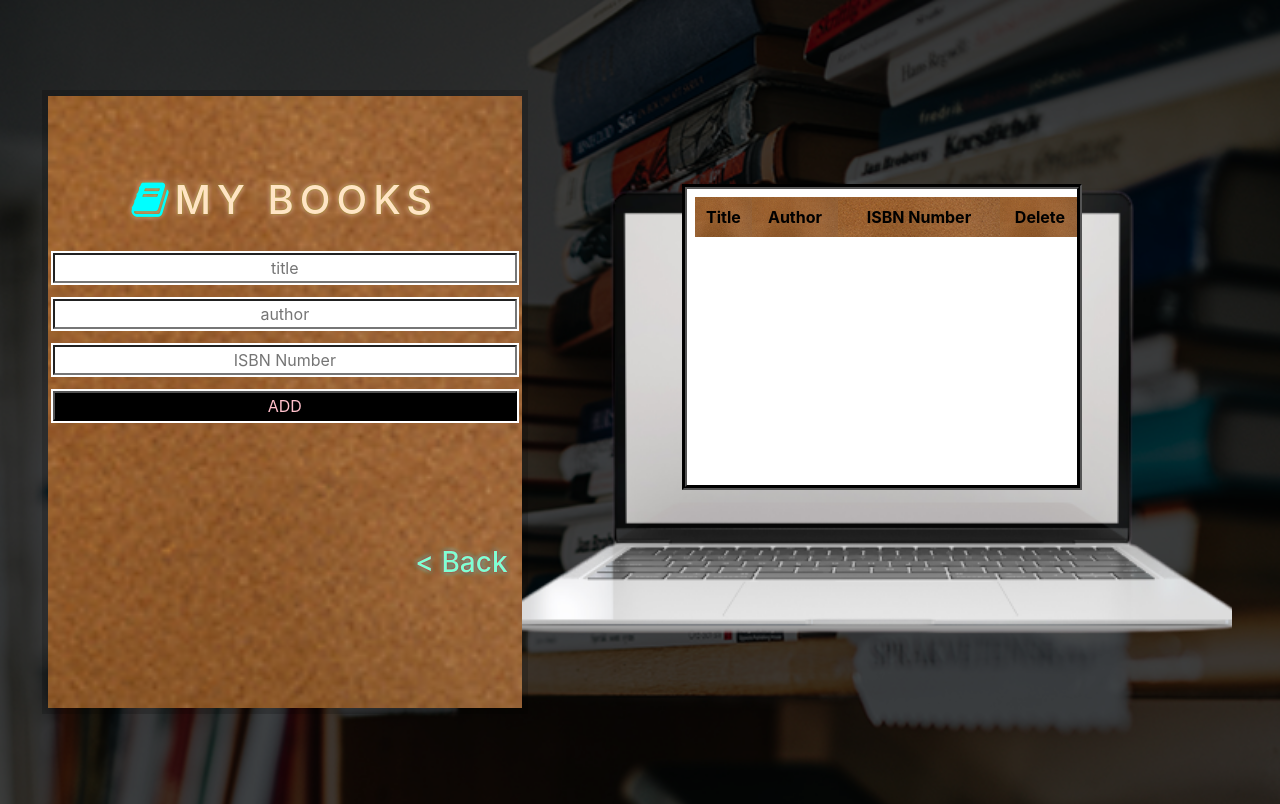
Repository: CSituma/Home-Library-App
Page: libu.html
An editor plug-in stored every save of this project. The page is shown before and after the next save, followed by the edit.
The browser window is 1280 px wide. The pictures show the whole page.
Backgrounds fixed to the window are drawn as part of the page. Some web libraries are served in a nearby version.

Above is the page before, as saved 2020-11-10 21:27:19.

### libu.html
<!DOCTYPE html>
<html lang="en">
<head>
    <meta charset="UTF-8">
    <meta name="viewport" content="width=device-width, initial-scale=1.0">
    <meta http-equiv="X-UA-Compatible" content="ie=edge">
    <link rel="stylesheet" href="style.css">
    <link rel="stylesheet" href="https://cdnjs.cloudflare.com/ajax/libs/font-awesome/4.7.0/css/font-awesome.min.css"/>
<link rel="stylesheet" href="https://stackpath.bootstrapcdn.com/bootstrap/4.5.0/css/bootstrap.min.css" integrity="sha384-9aIt2nRpC12Uk9gS9baDl411NQApFmC26EwAOH8WgZl5MYYxFfc+NcPb1dKGj7Sk" crossorigin="anonymous"/>
<link rel="stylesheet" href="https://cdnjs.cloudflare.com/ajax/libs/animate.css/4.0.0/animate.min.css"/>
  <title>BOOK TRACKER</title>
</head>
<body>
    <div class="columns">
        <div class="js">

            <h1><i class="fa fa-book"></i>MY BOOKS</h1>
            <form id="form">
                <input type= "text" id= "title"  placeholder="title">
                <input type= "text" id= "author" placeholder="author" >
                <input type= "text" id= "number" placeholder="ISBN Number">
                <input type= "submit"id= "button" value="ADD">
            </form>
        <h3> <a href= "./index.html"> < Back </a></h3>
        </div>
        <div class="storage" >
              <div class="storage_items">
        <table id="table">
            <thead>
                <tr>
                <th id="title">Title</th>
                <th>Author</th>
                <th>ISBN Number</th>
                <th>Delete</th>
                </tr>
                </thead>
                <tbody class="Booklist" id="booklist">
                </tbody>
            </table>
            </div>
        </div>
</div>
    <script src="lib.js"></script>
 </body>
 </html>

### style.css
/*homepage//////////////*/
body,
html {
  max-width: 100%;
  margin: 0;
  padding: 0;
  max-height: 100%;
  background: url("./images/sandra-seitamaa-qkIWnKtGhg4-unsplash.jpg")
    center/cover no-repeat fixed;
}

.container {
  margin: 10em 20em 20em 20em;
  height: 400px;
  width: 40%;
  background-color: rgba(146, 116, 15, 0.445);
  text-align: center;
}

.lol {
  padding-top: 5em;
  font-weight: 800;
  font-style: italic;
}
span {
  color: yellow;
  font-weight: 400;
}
#lolone {
  color: ghostwhite;
}

h3 {
  padding-top: 4em;
  float: right;
  margin-right: 0.5em;
  font-weight: 900;
  font-size: 2rem;
  text-shadow: 0 0 3px #FF0000, 0 0 5px aqua;
}

h3 a {
  text-decoration: none;
 color: aquamarine;

}

h3 a:hover {
  text-decoration: none;
  color: burlywood;
}

#you {
  padding: 1rem;
  color: gold;
}

/*library////////////////*/
.columns {
  display: flex;
  justify-content: space-between;
  max-width: 100%;
  max-height: 100%;
  background: rgba(0, 0, 0, 0.692);

}
h1{
  letter-spacing: 6px;
  text-shadow: 0 0 3px olive, 0 0 5px pink;
  padding-top:2em;
  margin: 0;
  color: bisque;

}
table {
  background: black;
  width: 100%;
  margin:0.5em;
  margin-left:0.2em;
  text-align: center;
  color:white;

}


td{
  margin: 2em;
}
tr{
  border-left: white 5px solid;
  height: 40px;
}
th {
  color: black;
  background:url('./images/josephine-bredehoft-KsAo8ouBn8A-unsplash.jpg') center/cover no-repeat;
  outline: none;
}
tbody tr:nth-child(odd){
  background:white;
 color: olive;
}
tbody tr:nth-child(odd):hover {
  box-shadow: 0 0 0 2px white;

}
tbody tr:nth-child(even){
background:black;

}
tbody tr:nth-child(even):hover{
  box-shadow: 0 0 0 2px gray;
}

 .fa {
   color:aqua;
 }
 .fa:hover{
   font-size:1.3em;
 }
form {
  padding: 0.3em;
  margin-top: 1em;
}

form input {
  width: 100%;
  margin: 0.5em 0;
  -webkit-box-shadow: 0 0 0 2px white;
  box-shadow: 0 0 0 2px white;
}

:placeholder-shown {
  text-align: center;
}

#button {
  color: pink;
  background-color: black;
}

/*/////////////////////////////////*/
.storage_items {

  background-color: white;
  width:100%;
  max-height: 70%;
  margin-left: 8em;
  margin-top: 5em;
  margin-bottom: 2em;
  border: rgb(0, 0, 0) 5px solid;
  border-style: groove;
  padding-bottom: 15em;
  overflow: scroll;
  scroll-behavior: smooth;
  scrollbar-width: 2px;
}
.storage {
  background:url("./images/1463-removebg-preview.png") center/cover no-repeat;
  width: 60%;
  height: 85vh;
  margin: 6em 3em 6em 0;
  border-radius: 3px;

}
.js {
  -webkit-box-shadow: 0 0 0 6px rgba(0, 0, 0, 0.191);
  box-shadow: 0 0 0 6px rgba(0, 0, 0, 0.191);
  text-align: center;
  width: 40%;
  margin: 6em 0em 6em 3em;
  background: url("./images/josephine-bredehoft-KsAo8ouBn8A-unsplash.jpg")
    center/cover no-repeat;
}

@media screen and (max-width:1000px) {
  .storage{
    margin-right: 0;

    background: url("./images/719-removebg-preview.png") center/cover no-repeat;
  }
  .storage_items{
    margin:0;
    font-size: 13px;
   border: 10px solid black;
   border-radius: 45px;
   border-bottom-right-radius:5px;
   border-bottom-left-radius:5px;
   border-top-right-radius:15px;

   padding:0;
   padding-bottom: 15em;

}

.js{
  margin: 0;}


}

@media screen and (min-width:1000px) {

 .storage_items{
  max-height: 60%;
    background-color: white;
    width: 400px;
    height: 50%;
    margin-left: 10em;
    margin-top: 5.5em;

  }


 }

 @media screen and (max-width:800px)
 {
  .storage{
    background: url("./images/719-removebg-preview.png") center/cover no-repeat;
  }
  .storage_items{
    margin:0;
    font-size: 13px;
   border: 10px solid black;
   border-radius: 45px;
   border-bottom-right-radius:5px;
   border-bottom-left-radius:5px;
   border-top-right-radius:15px;
   padding:0;
   padding-bottom: 15em;

}
.columns{
  flex-direction: column;
}
.js{
  width:100%;
  padding: 0 5em;
 }

 }

### lib.js
// Book Class: Represents a Book
class Book {
  constructor(title, author, isbn) {
    this.title = title;
    this.author = author;
    this.isbn = isbn;
  }
}

// UI Class: Handle UI Tasks
class UI {
//display Books.//
static displayBooks () {
 const books = Store.getBooks();
 books.forEach(((book) =>
  UI.addBookToList(book)));
}


//addbooks
static addBookToList(book) {

const bookList = document.querySelector('#booklist');
const row = document.createElement('tr');

row.innerHTML= `<td>${book.title} </td>
               <td>${book.author}</td>
               <td>${book.isbn}</td>
              <td><i class="fa fa-trash-o"></i></td>`;

bookList.appendChild(row);

}


//deletebooks
static deleteBook(el){
 if(el.classList.contains('fa')){
   el.parentElement.parentElement.remove();
  }}

////show alert msg
static showAlert(message, className){
const div = document. createElement('div');
div.className = `alert alert-${className}`;
div.appendChild(document.createTextNode(message));
const button = document.getElementById('button');
const form = document.getElementById('form');


form.insertBefore(div, button);


//message vanishing//

setTimeout(() => {
  document.querySelector('.alert').remove();
}, 3000);

}

//clear fields//

static clearFields() {
  document.querySelector('#title').value = '';
  document.querySelector('#author').value = '';
  document.querySelector('#number').value = '';
}

}

///Events:
/* 1. Display Books */

document.addEventListener('DOMContentLoaded', UI.displayBooks);

/* 2. Add Books*/
document.querySelector("#form").addEventListener('submit',(e) =>
{
e.preventDefault();
///get form values//
const title = document.querySelector('#title').value;
const author = document.querySelector('#author').value;
const isbn = document.querySelector('#number').value;

  // Validate
 if(title ===''|| author===''|| isbn===''){
   UI.showAlert('Please fill in the Form', 'danger')
 }
else{
  //instantiate Book
  const book = new Book(title,author,isbn);

//////Adding
UI.addBookToList(book);

Store.addBook(book);

///Show Sucess Message
UI.showAlert('Added', 'success');
//Clearfields
UI.clearFields();


 }
}
);


/////3. Remove BOOK////
document.querySelector('#booklist').addEventListener('click', (e)=>{
e.preventDefault();
//deleting from UI

UI.deleteBook(e.target);
///deleting from Store
Store.removeBook(e.target.parentElement.previousElementSibling.textContent);
//Message
UI.showAlert('Book Deleted', 'danger');

}
);

///localStorage
class Store{
  static getBooks(){
    let books;
   if (localStorage.getItem('books') === null){
     books = [];
   }
   else {
     books = JSON.parse(localStorage.getItem('books'));
   }
   return books;
  }

  static addBook(book){
    const books= Store.getBooks();
    books.push(book);
   localStorage.setItem('books',JSON.stringify(books));
  }
  static removeBook(isbn) {
    const books = Store.getBooks();

    books.forEach((book, index) => {
      if(book.isbn === isbn) {
        books.splice(index, 1);
      }
    });
    localStorage.setItem('books', JSON.stringify(books));
  }
}

After the next save:
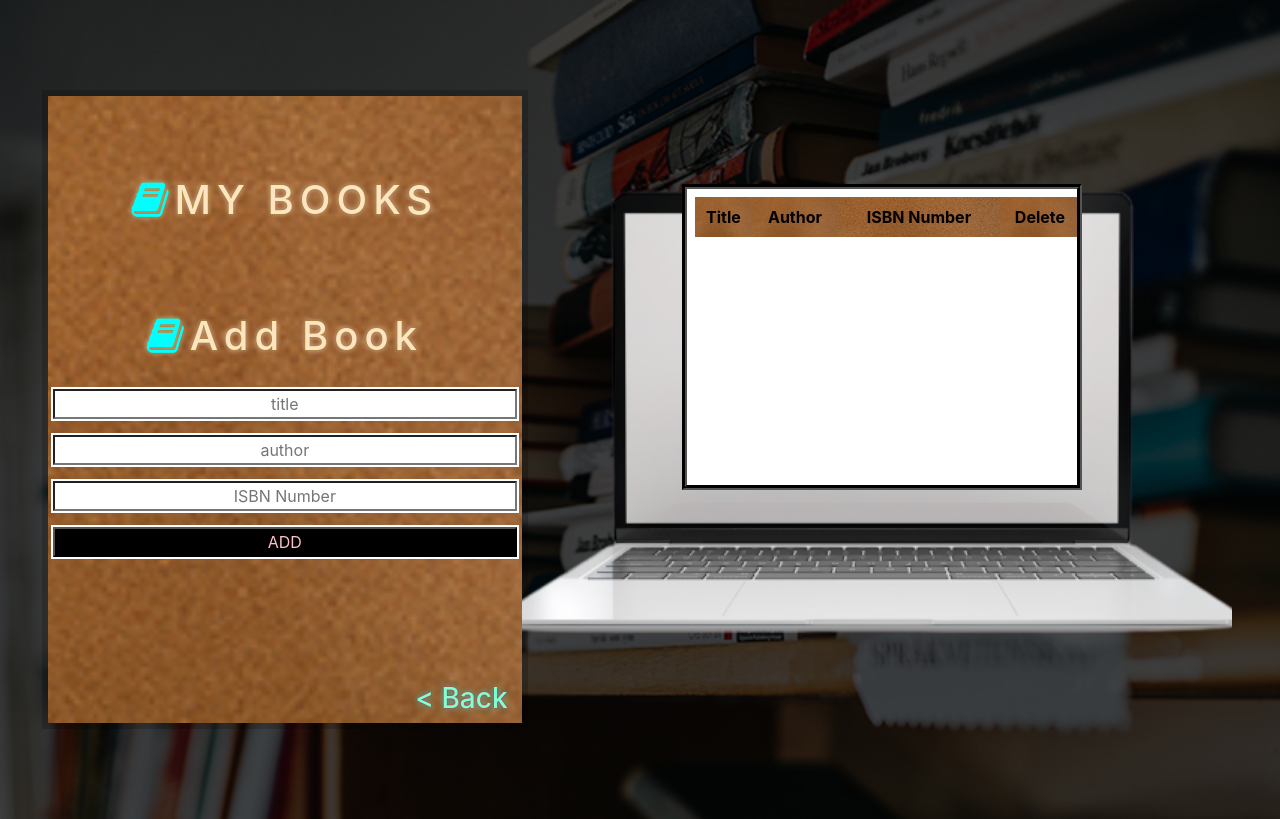
Saved 30 s later.
--- a/libu.html
+++ b/libu.html
@@ -15,6 +15,7 @@
         <div class="js">
 
             <h1><i class="fa fa-book"></i>MY BOOKS</h1>
+            <h1><i class="fa fa-book"></i>Add Book</h1>
             <form id="form">
                 <input type= "text" id= "title"  placeholder="title">
                 <input type= "text" id= "author" placeholder="author" >
